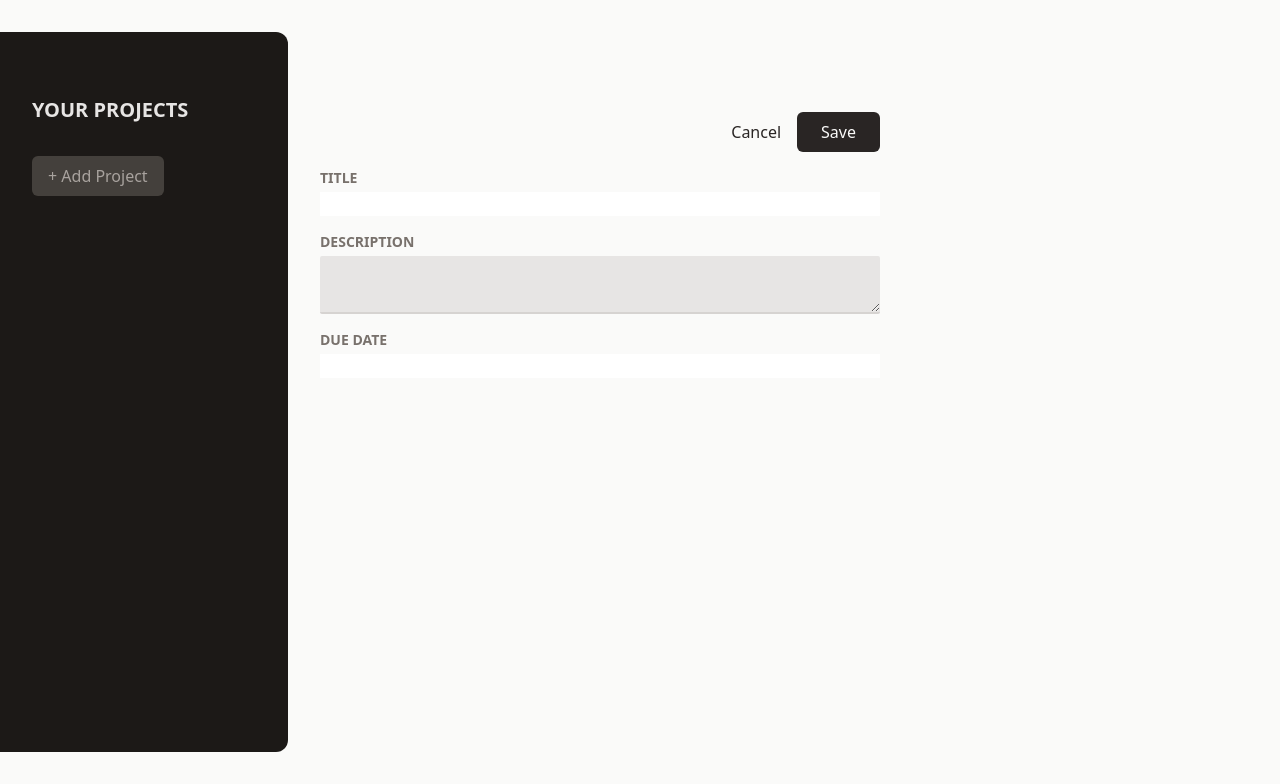
Repository: collyrium921/project-management
Page: /
An editor plug-in stored every save of this project. The page is shown before and after the next save, followed by the edit.
The browser window is 1280 px wide. The pictures show the whole page.
The project was rebuilt for these pictures with package versions that can differ from the ones it lists, and the page was loaded fresh each time. Also part of the build but not shown: vite.config.js.

Above is the page before, as saved 2024-07-11 02:02:08.

### src/App.jsx
import NewProject from "./components/NewProject";
import ProjectsSidebar from "./components/ProjectsSidebar";

function App() {
  return (
    <main className="h-screen my-8 flex gap-8">
      <ProjectsSidebar />
      <NewProject />
    </main>
  );
}

export default App;

### src/components/NewProject.jsx
import Input from "./Input";

export default function NewProject() {
  return (
    <div className="w-[35rem] mt-16">
      <menu className="flex items-center justify-end gap-4 my-4">
        <li>
          <button className="text-stone-800 hover:text-stone-950">Cancel</button>
        </li>
        <li>
          <button className="px-6 py-2 rounded-md bg-stone-800 text-stone-50 hover:bg-stone-950">Save</button>
        </li>
      </menu>
      <div>
        <Input label="Title" />
        <Input label="Description" textarea />
        <Input label="Due Date" />
      </div>
    </div>
  );
}

### src/components/ProjectsSidebar.jsx
export default function ProjectsSidebar() {
  return (
    <aside className="w-1/3 px-8 py-16 bg-stone-900 text-stone-50 md:w-72 rounded-r-xl">
      <h2 className="mb-8 font-bold uppercase md:text-xl text-stone-200">
        {" "}
        Your Projects
      </h2>
      <div>
        <button className="px-4 py-2 text-xs md:text-base rounded-md bg-stone-700 text-stone-400 hover:bg-stone-600 hover:text-stone-100">
          + Add Project
        </button>
      </div>
    </aside>
  );
}

### src/components/Input.jsx
export default function Input({ label, textarea, ...props }) {
    const classes = "w-full p-1 border-b-2 rounded-sm border-stone-300 bg-stone-200 text-stone-600 focus:outline-none focus:border-stone-600"
  return (
    <p className="flex flex-col gap-1 my-4">
      <label className="text-sm font-bold uppercase text-stone-500" htmlFor="">
        {label}
      </label>
      {textarea ? (
        <textArea
          className={classes}
          {...props}
        />
      ) : (
        <input {...props} />
      )}
    </p>
  );
}

Loaded but not shown: index.html (common file); src/main.jsx (common file); src/index.css (common file); tailwind.config.js (common file)

After the next save:
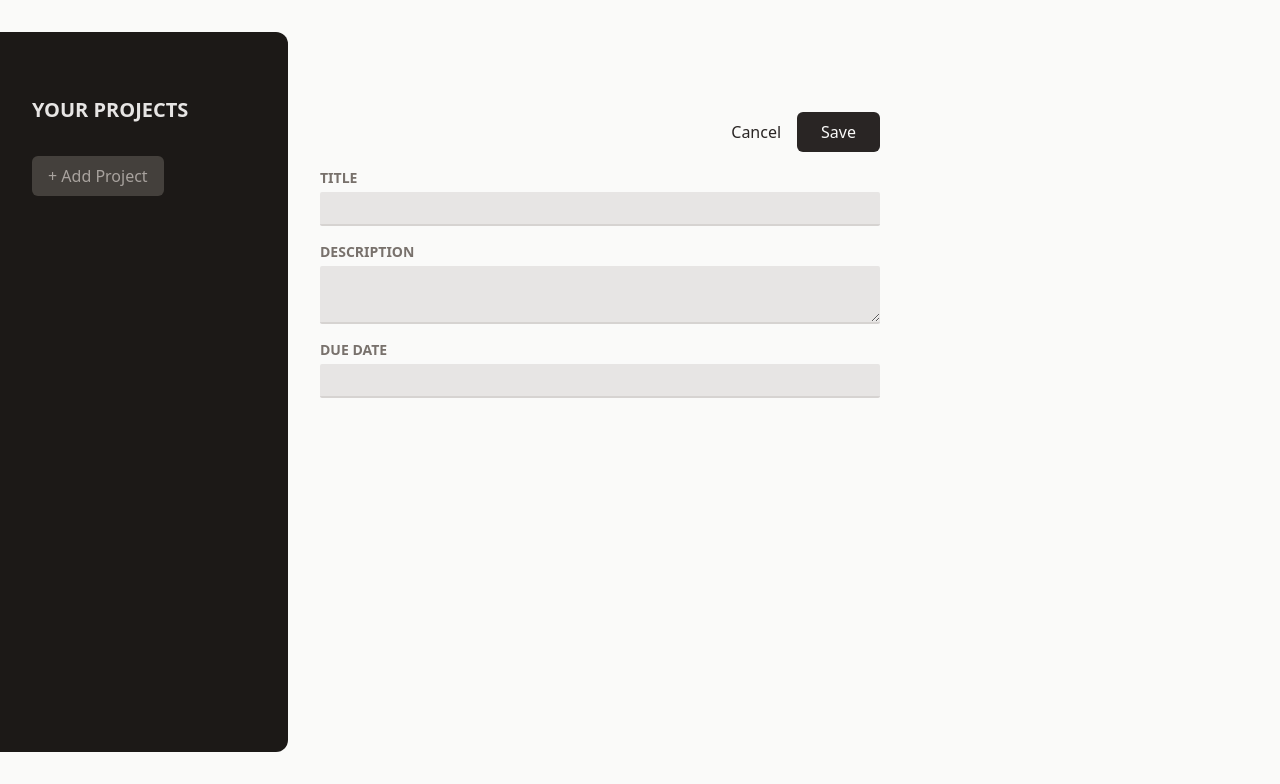
Saved 8 s later.
--- a/src/components/Input.jsx
+++ b/src/components/Input.jsx
@@ -11,7 +11,7 @@ export default function Input({ label, textarea, ...props }) {
           {...props}
         />
       ) : (
-        <input {...props} />
+        <input className={classes} {...props} />
       )}
     </p>
   );
